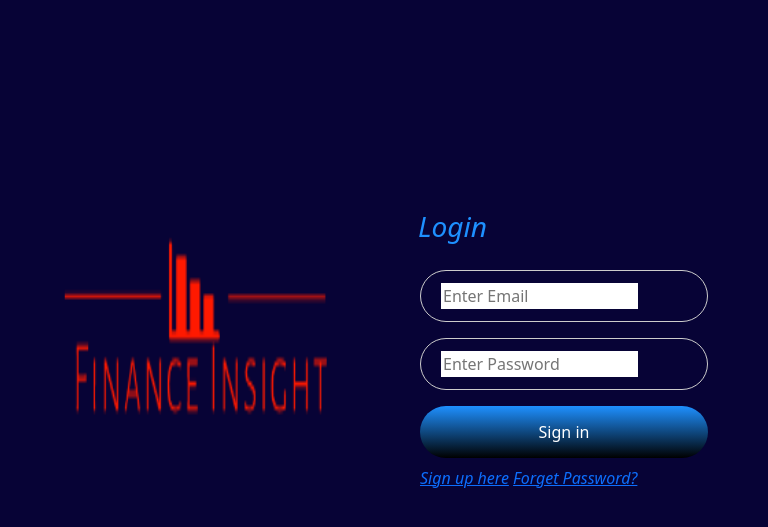
Repository: Sadia-Naveed-Shaikh/JavaScript-Website
Page: src/login.html
The author's editor kept a copy of each file at every save. The page is drawn from the files as they stood at one save, then again after the next save.
The browser window is 768 px wide. The pictures show the whole page.
Some icons come from a web library that is not loaded, so they are not drawn.

Above is the page before, as saved 2021-10-30 19:22:26.

After the next save:
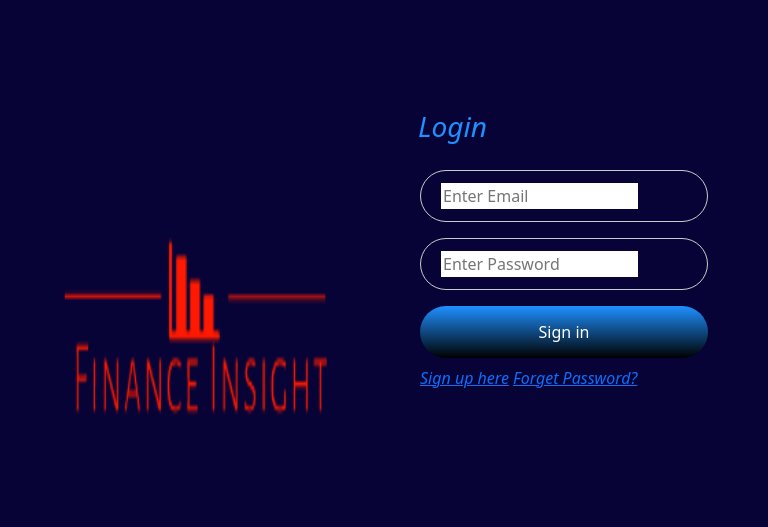
Saved 8 s later.
--- a/assets/css/signin.css
+++ b/assets/css/signin.css
@@ -47,7 +47,7 @@
             height:100px;
         }
 @media screen and (max-width: 992px) {
-  body {
+  .loginrow {
     height:0px;
   }
 }
